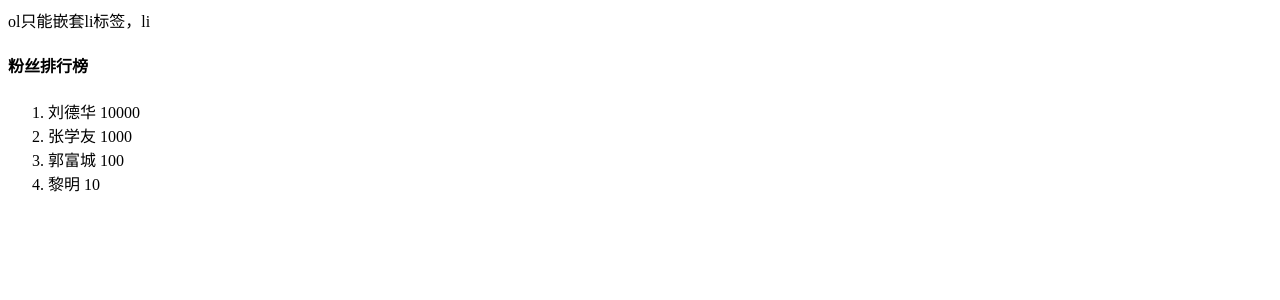
Repository: 129021/Front-end-learning
Page: 第2天/07-有序列表.html
An editor plug-in stored every save of this project. The page is shown before and after a run of saves, followed by the edit.
The browser window is 1280 px wide. The pictures show the whole page.

Above is the page before, as saved 2021-10-15 20:32:54.

After the next 2 saves:
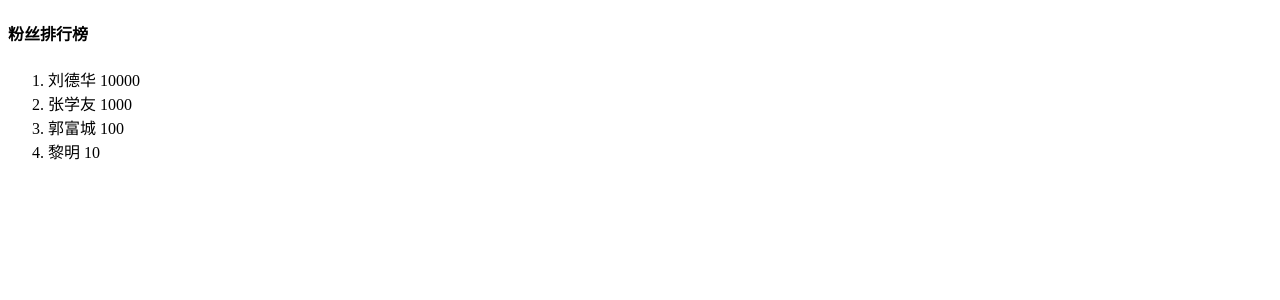
The 2 saves are shown as one change because they came seconds apart.
The last was saved 15 s later.
--- a/第2天/07-有序列表.html
+++ b/第2天/07-有序列表.html
@@ -9,7 +9,7 @@
 </head>
 
 <body>
-    ol只能嵌套li标签，li
+    <!-- ol只能嵌套li标签，li标签可以容纳所有元素 -->
     <h4>粉丝排行榜</h4>
     <ol>
         <li>刘德华 10000</li>
